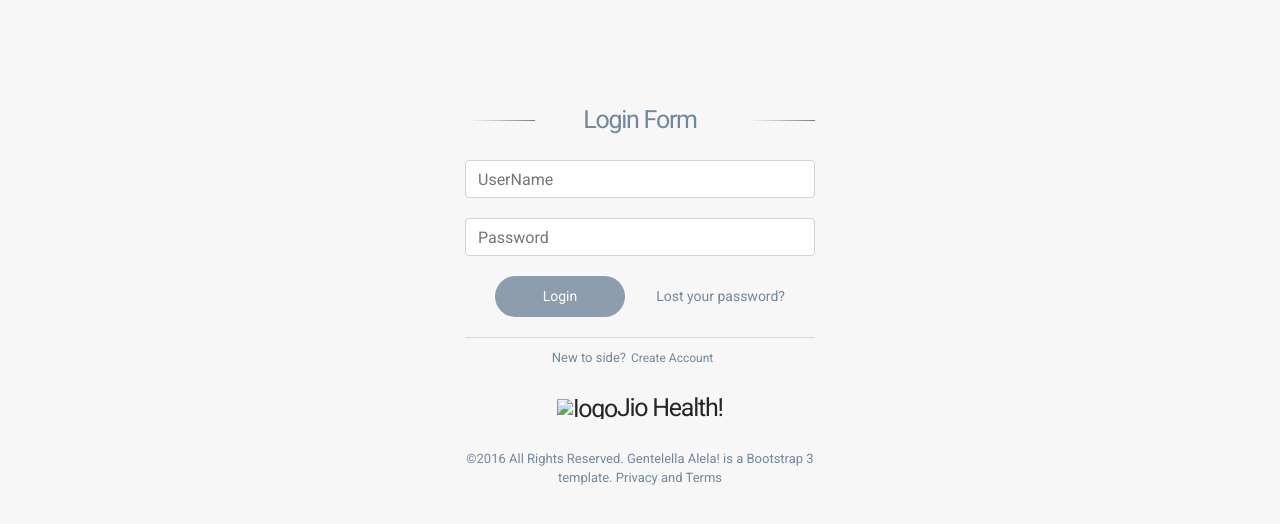
Repository: kuluong2000/doctorcare-admin
Page: /quan-tri/login
An editor plug-in stored every save of this project. The page is shown before and after the next save, followed by the edit.
The browser window is 1280 px wide. The pictures show the whole page.
The project was rebuilt for these pictures with package versions that can differ from the ones it lists, and the page was loaded fresh each time. Also part of the build but not shown: src/components/Layout/defaultLayout/defaultLayout.module.scss, src/components/Layout/SideBar/sidebar.module.scss, src/components/Layout/SideBar/SidebarItem.jsx, src/components/Layout/SideBar/SideMenu.jsx, src/components/Layout/SideBar/SideBar.jsx, src/redux/action.js, src/components/Layout/Popper/popper.module.scss, src/components/Layout/Popper/Wrapper.js and 11 more.

Above is the page before, as saved 2022-10-12 08:03:02.

After the next save:
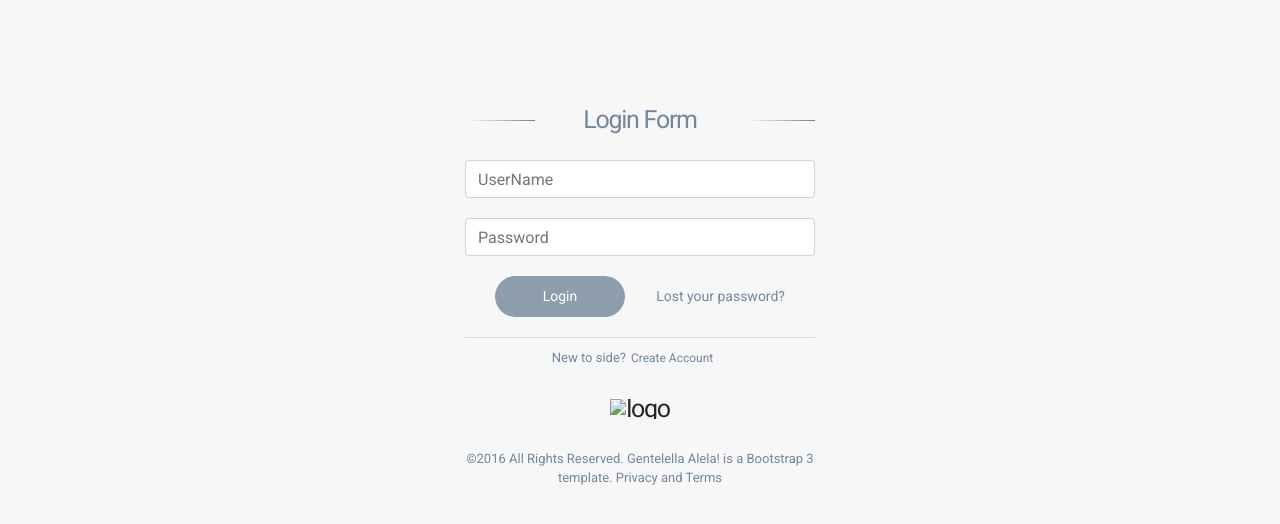
Saved 12 s later.
--- a/src/components/Layout/Authen/Login.jsx
+++ b/src/components/Layout/Authen/Login.jsx
@@ -33,7 +33,6 @@ export default function Login() {
         <div className={cx("form-info")}>
           <h1 className={cx("form-branch")}>
             <img src={require("./../../../assets/images/logo.svg").default} alt="logo" />
-            Jio Health!
           </h1>
           <p className={cx("form-desc")}>©2016 All Rights Reserved. Gentelella Alela! is a Bootstrap 3 template. Privacy and Terms</p>
         </div>
